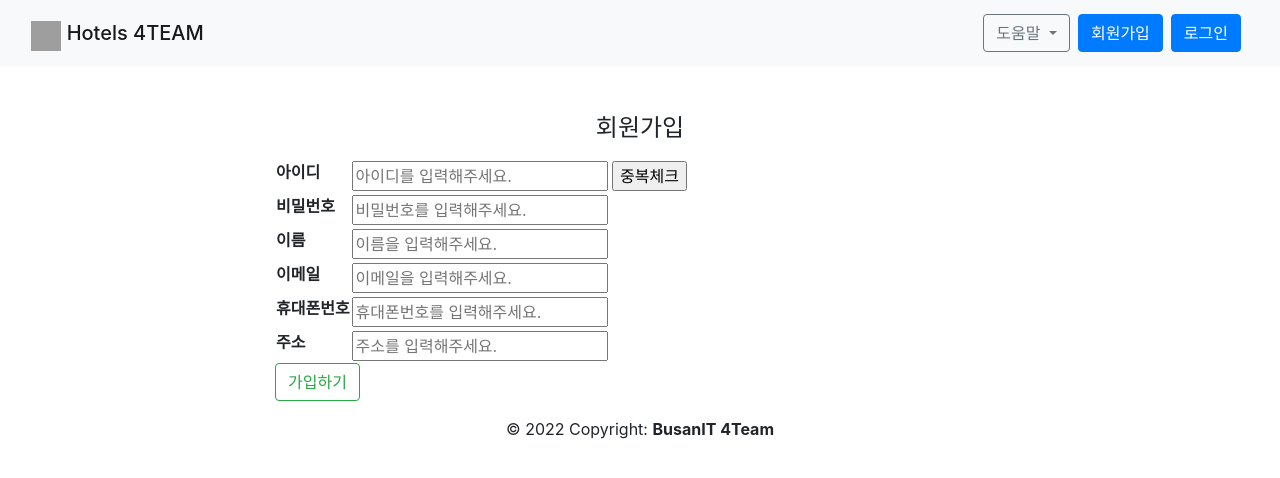
Repository: ShinKioh/Hotel_project
Page: http://localhost/HOTEL/register.jsp
An editor plug-in stored every save of this project. The page is shown before and after the next save, followed by the edit.
The browser window is 1280 px wide. The pictures show the whole page.
Pictures or frames that could not be fetched are drawn as grey boxes. The page is served by Tomcat 9.

Above is the page before, as saved 2022-02-23 02:42:45.

After the next save:
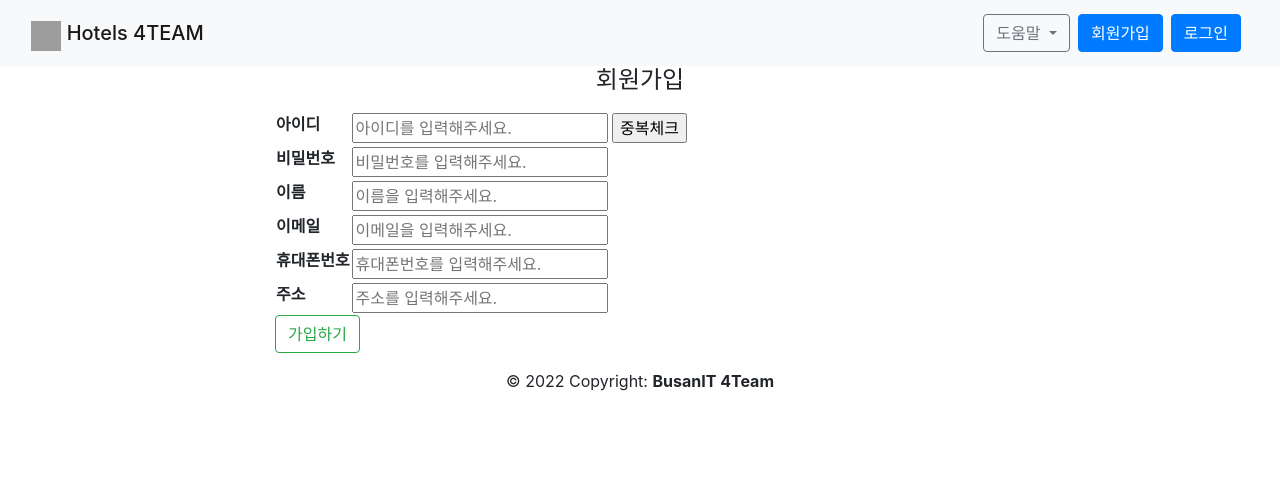
Saved 30 s later.
--- a/HOTEL/WebContent/register.jsp
+++ b/HOTEL/WebContent/register.jsp
@@ -35,7 +35,7 @@
 		</nav>
 	</header>
 	<div class="container">
-		<div class="row mt-5">
+		<div class="row mt-6">
 			<div class="col-md-8 mx-auto">
 				<h4 class="text-center mb-3">회원가입</h4>
 				<form action="<%=request.getContextPath()%>/register" method="post">

After the 2 saves that followed:
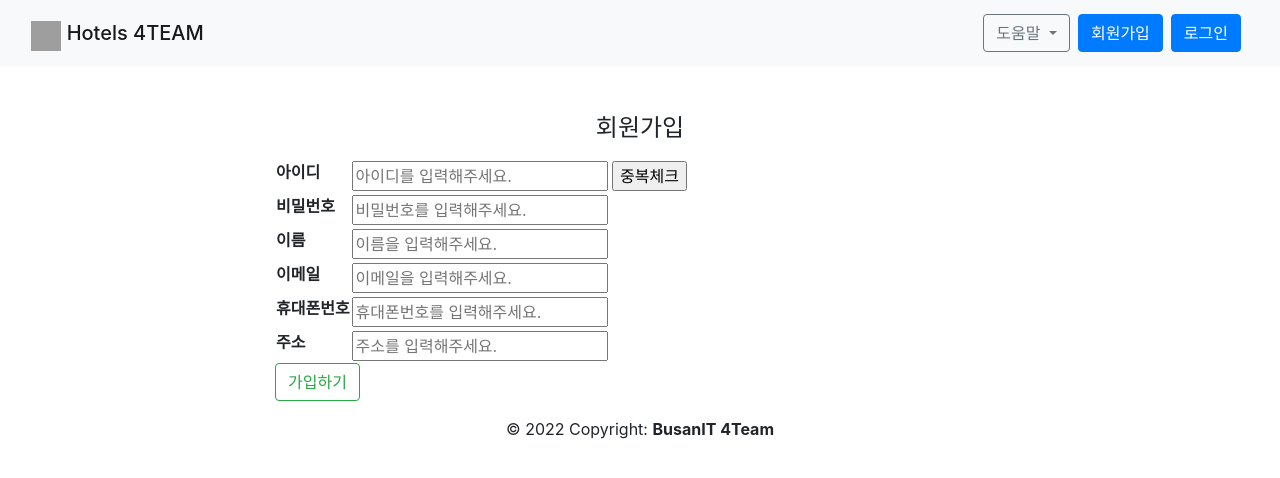
The 2 saves are shown as one change because 1 left the picture as it was.
The last was saved 22 s later.
--- a/HOTEL/WebContent/register.jsp
+++ b/HOTEL/WebContent/register.jsp
@@ -35,7 +35,7 @@
 		</nav>
 	</header>
 	<div class="container">
-		<div class="row mt-6">
+		<div class="row mt-5">
 			<div class="col-md-8 mx-auto">
 				<h4 class="text-center mb-3">회원가입</h4>
 				<form action="<%=request.getContextPath()%>/register" method="post">
